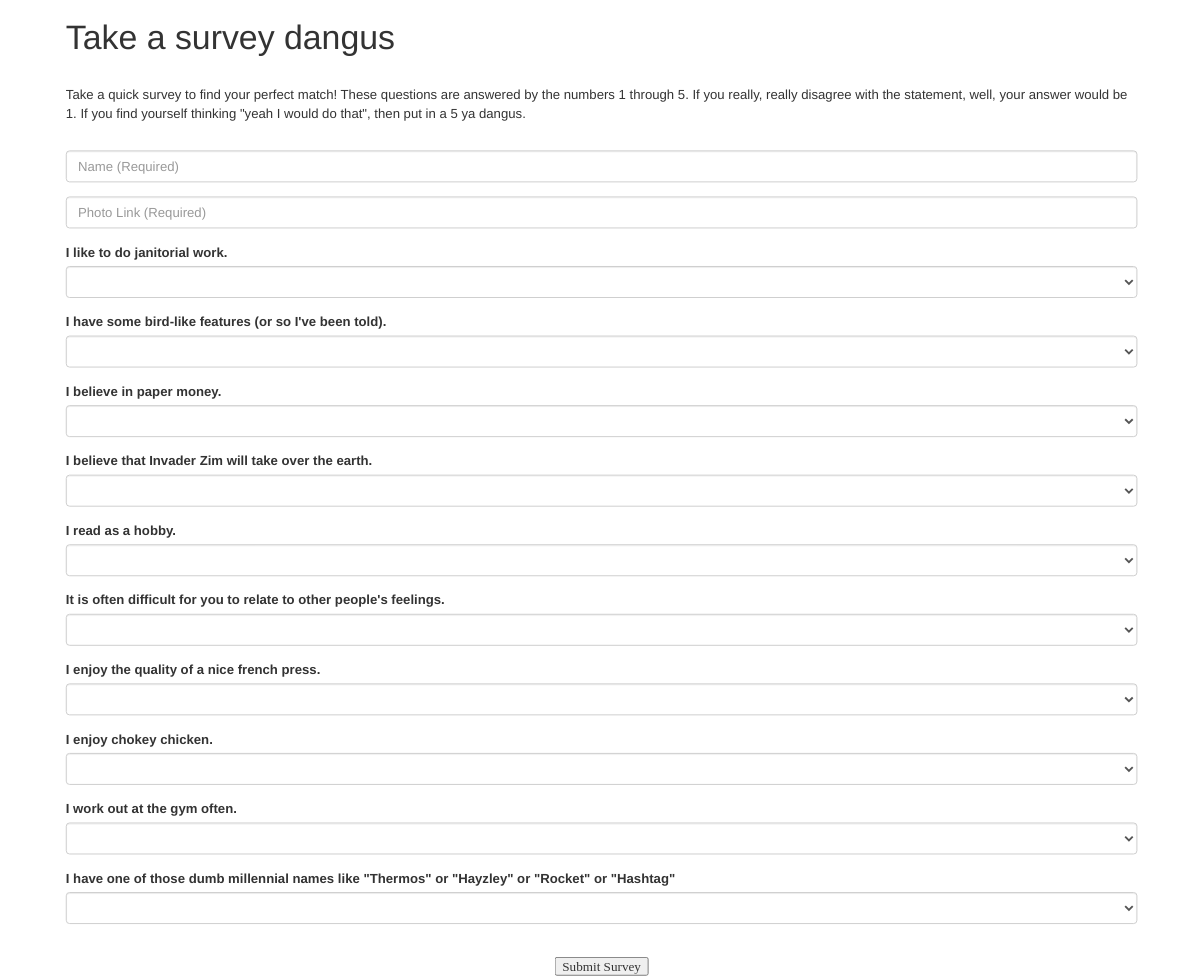
Repository: kcummings1/Mate-Matcher
Page: public/survey.html
The author's editor kept a copy of each file at every save. The page is drawn from the files as they stood at one save, then again after the next save.
The browser window is 1280 px wide. The pictures show the whole page, at 94% of full size.
Some web libraries are served in a nearby version.

Above is the page before, as saved 2019-10-05 12:36:54.

### public/survey.html
<!DOCTYPE html>
<html>

<head>
    <title>Friend Finder | Survey</title>
    <!--===================\\BootStrap//===================-->
    <link rel="stylesheet" href="https://maxcdn.bootstrapcdn.com/bootstrap/3.3.7/css/bootstrap.min.css">
    <link rel="stylesheet" href="https://maxcdn.bootstrapcdn.com/font-awesome/4.7.0/css/font-awesome.min.css">
</head>
<body>

    <div class="container">

        <h1>Take a survey dangus</h1> <br>
        <p>Take a quick survey to find your perfect match! These questions are answered by the numbers 1 through 5. If
            you really, really disagree with the statement, well, your answer would be 1. If you find yourself thinking
            "yeah I would do that", then put in a 5 ya dangus.</p> <br>

        <form>
            <div class="form-group">
                <input id="name" type="text" class="form-control" placeholder="Name (Required)">
            </div>
            <div class="form-group">
                <input id="photo" type="text" class="form-control" placeholder="Photo Link (Required)">
            </div>


            <div class="form-group">
                <label for="q1">I like to do janitorial work.</label>
                <select class="form-control" id="q1">
                    <option value="empty"></option>
                    <option value="1">1 (I Do not like that at all!!)</option>
                    <option value="2">2</option>
                    <option value="3">3 (Meh)</option>
                    <option value="4">4</option>
                    <option value="5">5 (I do like that A lot!!)</option>
                </select>
            </div>
            <div class="form-group">
                <label for="q2">I have some bird-like features (or so I've been told).</label>
                <select class="form-control" id="q2">
                    <option value="empty"></option>
                    <option value="1">1 (I Do not like that at all!!)</option>
                    <option value="2">2</option>
                    <option value="3">3 (Meh)</option>
                    <option value="4">4</option>
                    <option value="5">5 (I do like that A lot!!)</option>
                </select>
            </div>
            <div class="form-group">
                <label for="q3">I believe in paper money.</label>
                <select class="form-control" id="q3">
                    <option value="empty"></option>
                    <option value="1">1 (I Do not like that at all!!)</option>
                    <option value="2">2</option>
                    <option value="3">3 (Meh)</option>
                    <option value="4">4</option>
                    <option value="5">5 (I do like that A lot!!)</option>
                </select>
            </div>
            <div class="form-group">
                <label for="q4">I believe that Invader Zim will take over the earth.</label>
                <select class="form-control" id="q4">
                    <option value="empty"></option>
                    <option value="1">1 (I Do not like that at all!!)</option>
                    <option value="2">2</option>
                    <option value="3">3 (Meh)</option>
                    <option value="4">4</option>
                    <option value="5">5 (I do like that A lot!!)</option>
                </select>
            </div>
            <div class="form-group">
                <label for="q5">I read as a hobby.</label>
                <select class="form-control" id="q5">
                    <option value="empty"></option>
                    <option value="1">1 (I Do not like that at all!!)</option>
                    <option value="2">2</option>
                    <option value="3">3 (Meh)</option>
                    <option value="4">4</option>
                    <option value="5">5 (I do like that A lot!!)</option>
                </select>
            </div>
            <div class="form-group">
                <label for="question6">It is often difficult for you to relate to other people's feelings.</label>
                <select class="form-control" id="question6">
                    <option value="empty"></option>
                    <option value="1">1</option>
                    <option value="2">2</option>
                    <option value="3">3</option>
                    <option value="4">4</option>
                    <option value="5">5</option>
                </select>
            </div>
            <div class="form-group">
                <label for="question7">I enjoy the quality of a nice french press.</label>
                <select class="form-control" id="question7">
                    <option value="empty"></option>
                    <option value="1">1</option>
                    <option value="2">2</option>
                    <option value="3">3</option>
                    <option value="4">4</option>
                    <option value="5">5</option>
                </select>
            </div>
            <div class="form-group">
                <label for="question8">I enjoy chokey chicken.</label>
                <select class="form-control" id="question8">
                    <option value="empty"></option>
                    <option value="1">1</option>
                    <option value="2">2</option>
                    <option value="3">3</option>
                    <option value="4">4</option>
                    <option value="5">5</option>
                </select>
            </div>
            <div class="form-group">
                <label for="question9">I work out at the gym often.</label>
                <select class="form-control" id="question9">
                    <option value="empty"></option>
                    <option value="1">1</option>
                    <option value="2">2</option>
                    <option value="3">3</option>
                    <option value="4">4</option>
                    <option value="5">5</option>
                </select>
            </div>
            <div class="form-group">
                <label for="question10">I have one of those dumb millennial names like "Thermos" or "Hayzley" or
                    "Rocket" or "Hashtag"</label>
                <select class="form-control" id="question10">
                    <option value="empty"></option>
                    <option value="1">1</option>
                    <option value="2">2</option>
                    <option value="3">3</option>
                    <option value="4">4</option>
                    <option value="5">5</option>
                </select>
            </div>
        </form>


        <div class="text-center"><br>
            <input type="submit" class="fa fa-pencil survey-button" value="Submit Survey" id="submit">
        </div>

        <!-- Modal after survey completion -->
        <div id="bestFriendModal" class="modal fade" role="dialog">
            <div class="modal-dialog">
                <div class="modal-content">
                    <div class="modal-header">

                        <h3 class="modal-title">Your New Best Friend</h1>
                    </div>
                    <div class="modal-body">
                        <h2 id="bestFriend"></h2>

                    </div>
                    <div class="modal-footer">
                        <!-- <img id="bestFriendPhoto" src="#"> <button type="button" class="btn btn-default" data-dismiss="modal">Close</button> -->
                    </div>
                </div>
            </div>
        </div>
    </div>



    <script src="https://code.jquery.com/jquery-3.2.1.min.js"
        integrity="sha256-hwg4gsxgFZhOsEEamdOYGBf13FyQuiTwlAQgxVSNgt4=" crossorigin="anonymous"></script>
    <script src="https://maxcdn.bootstrapcdn.com/bootstrap/3.3.7/js/bootstrap.min.js"></script>
</body>

</html>

<script type="text/javascript">
    $("#submitBtn").on("click", function (event) {
        event.preventDefault();
        // Form validation
        var valid = true;
        if ($("#name").val() === "" ||
            $("#photo").val() === "") {
            valid = false;
        } else if ($("#question1").val() === "empty" ||
            $("#question2").val() === "empty" ||
            $("#question3").val() === "empty" ||
            $("#question4").val() === "empty" ||
            $("#question5").val() === "empty" ||
            $("#question6").val() === "empty" ||
            $("#question7").val() === "empty" ||
            $("#question8").val() === "empty" ||
            $("#question9").val() === "empty" ||
            $("#question10").val() === "empty") {
            valid = false;
        }
        if (valid === true) {
            var newUser = {
                name: $("#name").val().trim(),
                photo: $("#photo").val().trim(),
                scores: [
                    $("#question1").val(),
                    $("#question2").val(),
                    $("#question3").val(),
                    $("#question4").val(),
                    $("#question5").val(),
                    $("#question6").val(),
                    $("#question7").val(),
                    $("#question8").val(),
                    $("#question9").val(),
                    $("#question10").val()
                ]
            };
            var currentURL = window.location.origin;
            // Ajax call for receiving response after POST req
            $.post(currentURL + "/api/friends", newUser, function (data) {
                $("#bestFriend").text(data.name);
                $("#bestFriendPhoto").attr("src", data.photo);
                $("#bestFriendModal").modal("toggle");
            });
        } else {
            // If a required field is missing, show alert
            alert("Survey is incomplete!");
        }
    });
</script>

After the next save:
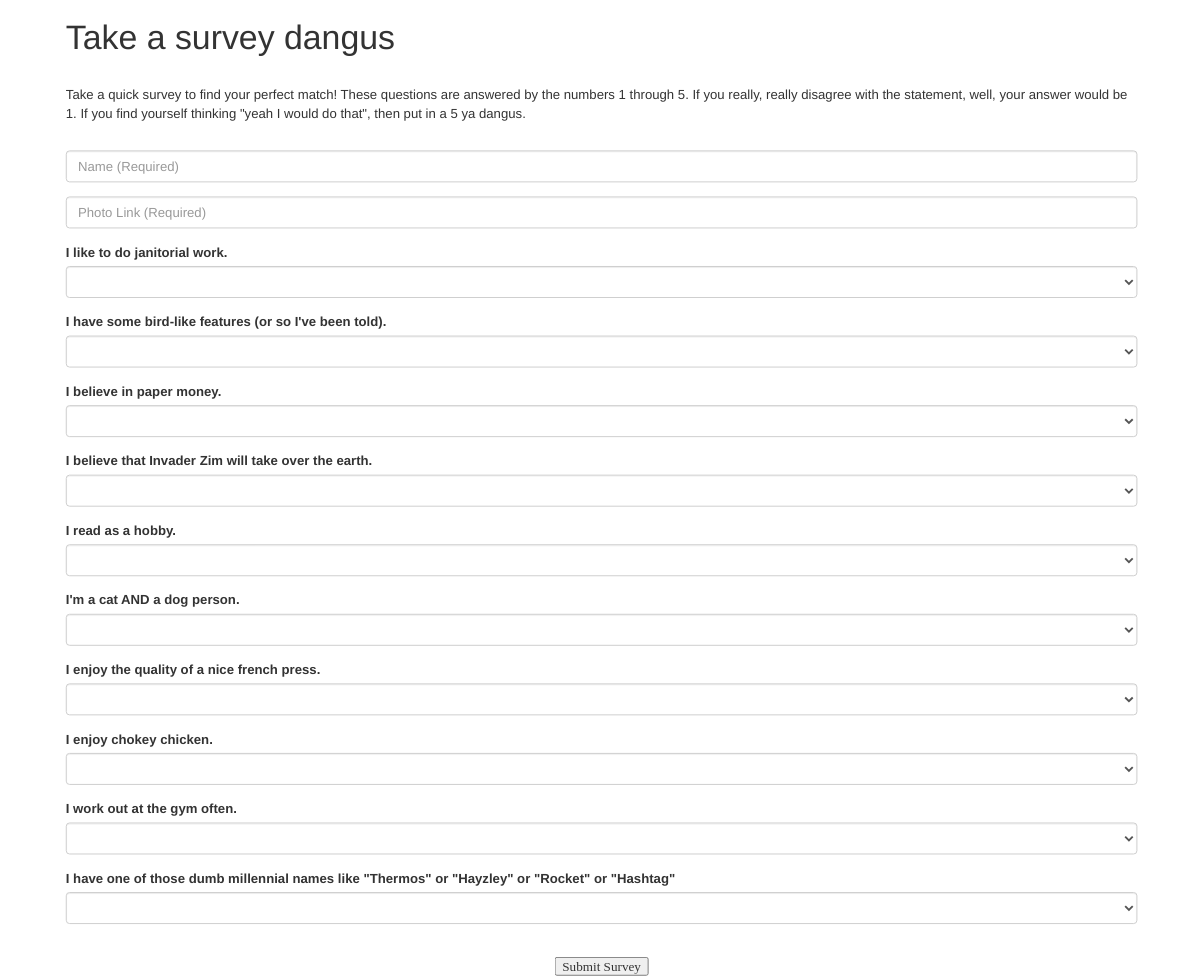
Saved 40 s later.
--- a/public/survey.html
+++ b/public/survey.html
@@ -81,8 +81,8 @@
                 </select>
             </div>
             <div class="form-group">
-                <label for="question6">It is often difficult for you to relate to other people's feelings.</label>
-                <select class="form-control" id="question6">
+                <label for="q6">I'm a cat AND a dog person.</label>
+                <select class="form-control" id="q6">
                     <option value="empty"></option>
                     <option value="1">1</option>
                     <option value="2">2</option>
